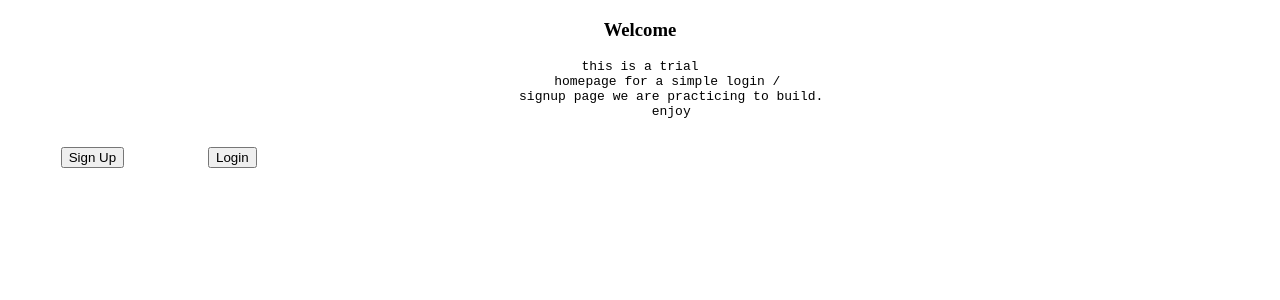
Repository: yhung004/TUTORIAL_PAGE
Page: home.html
The author's editor kept a copy of each file at every save. The page is drawn from the files as they stood at one save, then again after the next save.
The browser window is 1280 px wide. The pictures show the whole page.

Above is the page before, as saved 2024-04-09 23:54:28.

After the next save:
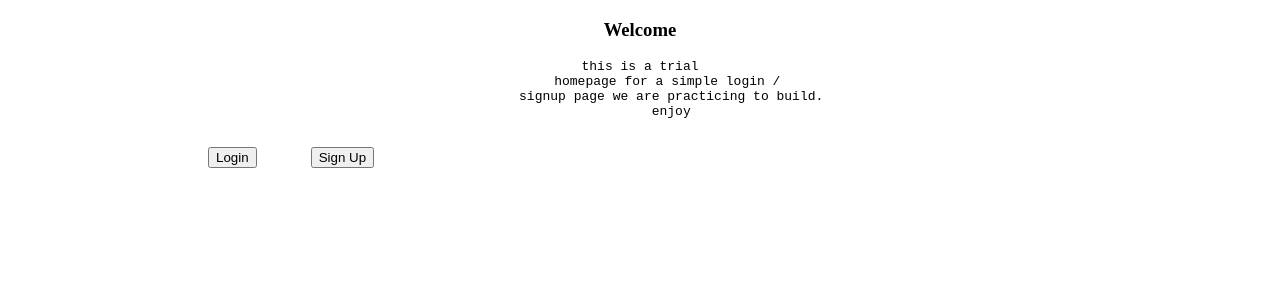
Saved 37 s later.
--- a/main.css
+++ b/main.css
@@ -8,3 +8,7 @@
     position: relative;
     margin: 0 -200px 0 200px;
 }
+.button_b {
+    position: relative;
+    margin: 0 -250px 0 250px;
+}
